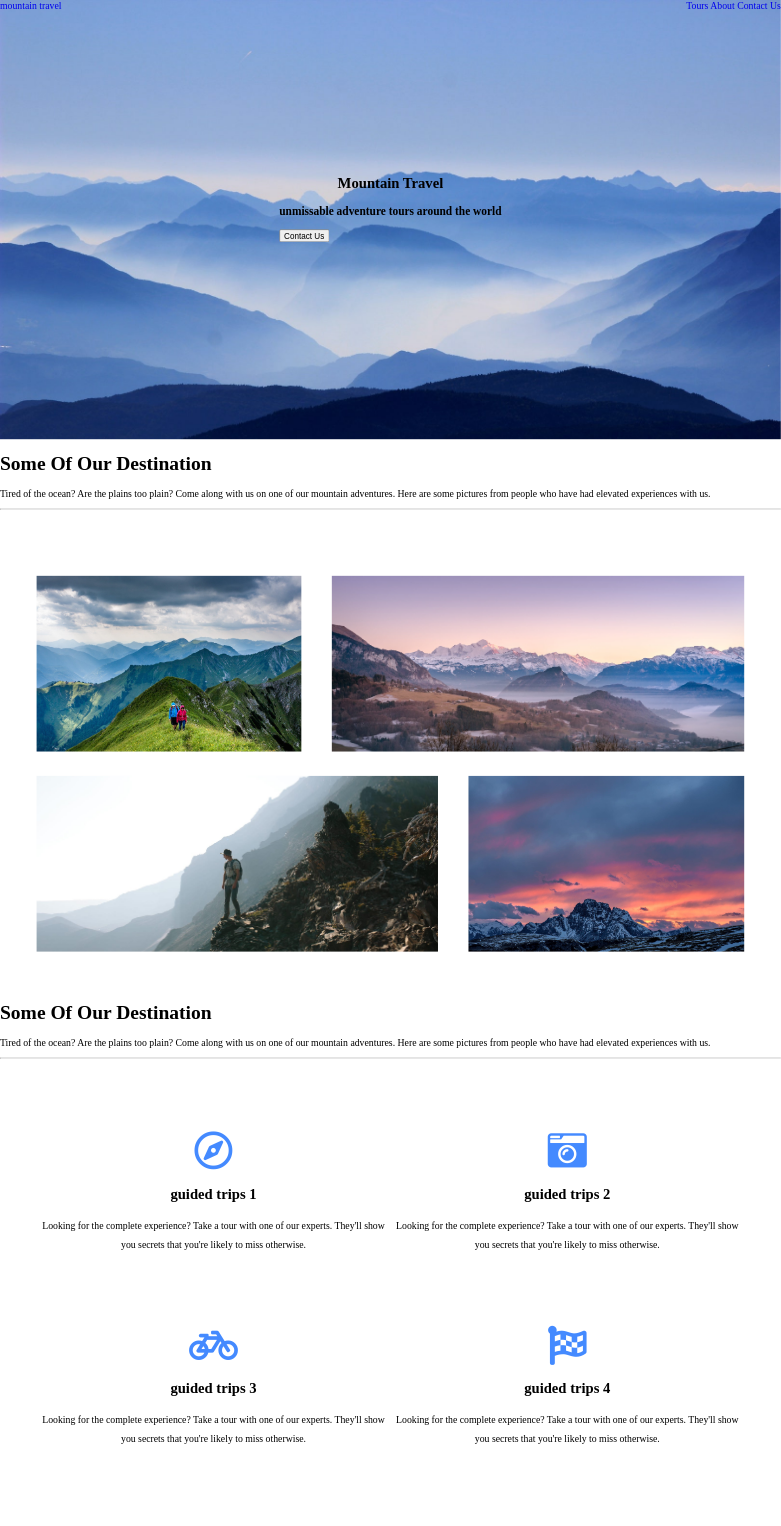
Repository: Einsteiniumeinsteinian/Advanced-CSS
Page: css-project-starter-code/index.html
These files come from the project's save history. The page is drawn as it stood at one moment and after the next save; the edit follows.
The browser window is 1280 px wide. The pictures show the whole page, at 61% of full size.
Some web libraries are served in a nearby version.

Above is the page before, as saved 2021-08-15 20:14:28.

### css-project-starter-code/index.html
<!DOCTYPE html>
<html>

<head>
  <meta charset="utf-8">
  <meta name="viewport" content="width=device-width, initial-scale=1">
  <title>Mountain Travel</title>
  <link rel="stylesheet" href="https://use.fontawesome.com/releases/v5.0.7/css/all.css">
  <link href="https://fonts.googleapis.com/css?family=Open+Sans" rel="stylesheet">
  <link href="https://fonts.googleapis.com/css?family=Quicksand" rel="stylesheet">
  <link rel="stylesheet" href="assets/css/styles.css">
</head>

<body>
  <!-- Forked from a template on Tutorialzine: https://tutorialzine.com/2016/06/freebie-landing-page-template-with-flexbox -->
  <header>
    <nav>
      <a href="#"> mountain travel</a>
      <span class="nav-span">
        <a href="#"> Tours</a>
        <a href="#"> About</a>
        <a href="#"> Contact Us</a>
      </span>
    </nav>
    <div class="top-container">
      <div class="header-text-wrapping">
        <h2>Mountain Travel</h2>
        <h3>unmissable adventure tours around the world</h3>
        <button>Contact Us</button>
      </div>

    </div>
  </header>
  <div>
    <h1>
      Some Of Our Destination
    </h1>
    <p>
      Tired of the ocean? Are the plains too plain? Come along with us on one of our mountain adventures. Here are some
      pictures from people who have had elevated experiences with us.
    </p>
    <hr>
  </div>

  <section class="photo-section">
    <div class="photo-set-div">
      <img class="img" src="assets/img/mountain1.jpg" alt="">
      <img class="img img-2" src="assets/img/mountain2.jpg" alt="">
    </div>
    <div class="photo-set-div">
      <img class="img img-3" src="assets/img/mountain3.jpg" alt="">
      <img class="img" src="assets/img/mountain4.jpg" alt="">
    </div>
  </section>

  <div>
    <h1>
      Some Of Our Destination
    </h1>
    <p>
      Tired of the ocean? Are the plains too plain? Come along with us on one of our mountain adventures. Here are some
      pictures from people who have had elevated experiences with us.
    </p>
    <hr>
  </div>

  <!--* Packkage Section -->
  <section class="package-section">
    <div class="package-set">
      <div class="package">
<i class="far fa-compass"></i>
        <h1>
          guided trips 1
        </h1>
        <p>Looking for the complete experience? Take a tour with one of our experts. They'll show you secrets that you're likely to
        miss otherwise.</p>
      </div>
        <div class="package">
          <i class="fas fa-camera-retro"></i>
          <h1>
            guided trips 2
          </h1>
          <p>Looking for the complete experience? Take a tour with one of our experts. They'll show you secrets that you're
            likely to
            miss otherwise.</p>
        </div>
    </div>
      <div class="package-set">
        <div class="package">
          <i class="fas fa-bicycle"></i>
          <h1>
            guided trips 3
          </h1>
          <p>Looking for the complete experience? Take a tour with one of our experts. They'll show you secrets that you're
            likely to
            miss otherwise.</p>
        </div>
          <div class="package">
            <i class="fas fa-flag-checkered"></i>
            <h1>
              guided trips 4
            </h1>
            <p>Looking for the complete experience? Take a tour with one of our experts. They'll show you secrets that you're
              likely to
              miss otherwise.</p>
          </div>
      </div>
  </section>
</body>

</html>

### css-project-starter-code/assets/css/styles.css
body{
    margin: 0;
    /* font-family: ; */
}
header{
  /* display: flex; */
  background-image: url('../img/main.jpg');
  background-repeat: no-repeat;
background-size: cover;
    min-height: 100vh;
}
nav{
    display: flex;
    justify-content: space-between;
    min-height: 30vh;
}
.top-container{
    margin-top: 10vh;
    display: flex;
    flex-direction: column;
    justify-content: center;
    align-items: center;
}
h2{
    margin-top: 0;
   text-align: center;
}
a{
    text-decoration: none;
}

/** Photo Section */
.photo-section{
    padding: 60px;
    display: flex;
    flex-direction: column;
}
.photo-set-div{
    margin-top: 40px;
    flex-grow: 1;
    display: flex;
    height: 40vh;
    flex-basis: 100px;
}

.img{
    min-width: 0;
flex-basis: 400px;
flex-grow: 1;
  object-fit: cover;
}
.img-2{
    margin-left: 50px;
    flex-grow: 8;
}
.img-3{
    margin-right: 50px;
    flex-grow: 5;
}

/** Packages */
.package-section{
    padding: 60px;
}
.package-set{
    display: flex;
}
.package{
    text-align: center;
    line-height: 2em;
    margin-top: 50px;
    margin-bottom: 50px;
}
.package > h1{
    color: ;
}
i{
    font-size: 4em;
    color: #448AFF;
}

After the next save:
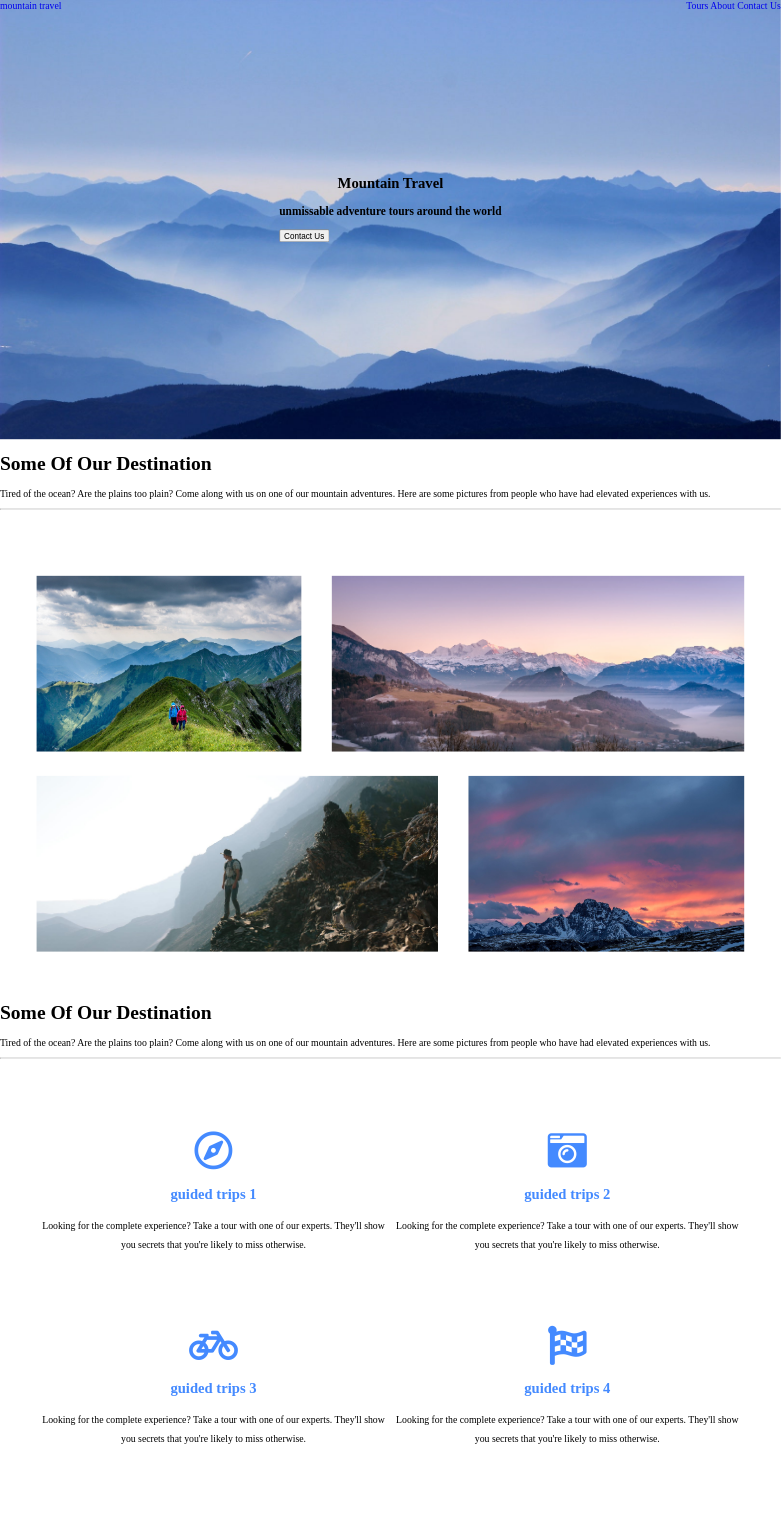
Saved 5 s later.
--- a/css-project-starter-code/assets/css/styles.css
+++ b/css-project-starter-code/assets/css/styles.css
@@ -72,7 +72,7 @@
     margin-bottom: 50px;
 }
 .package > h1{
-    color: ;
+    color: #448AFF;
 }
 i{
     font-size: 4em;

After the save that followed:
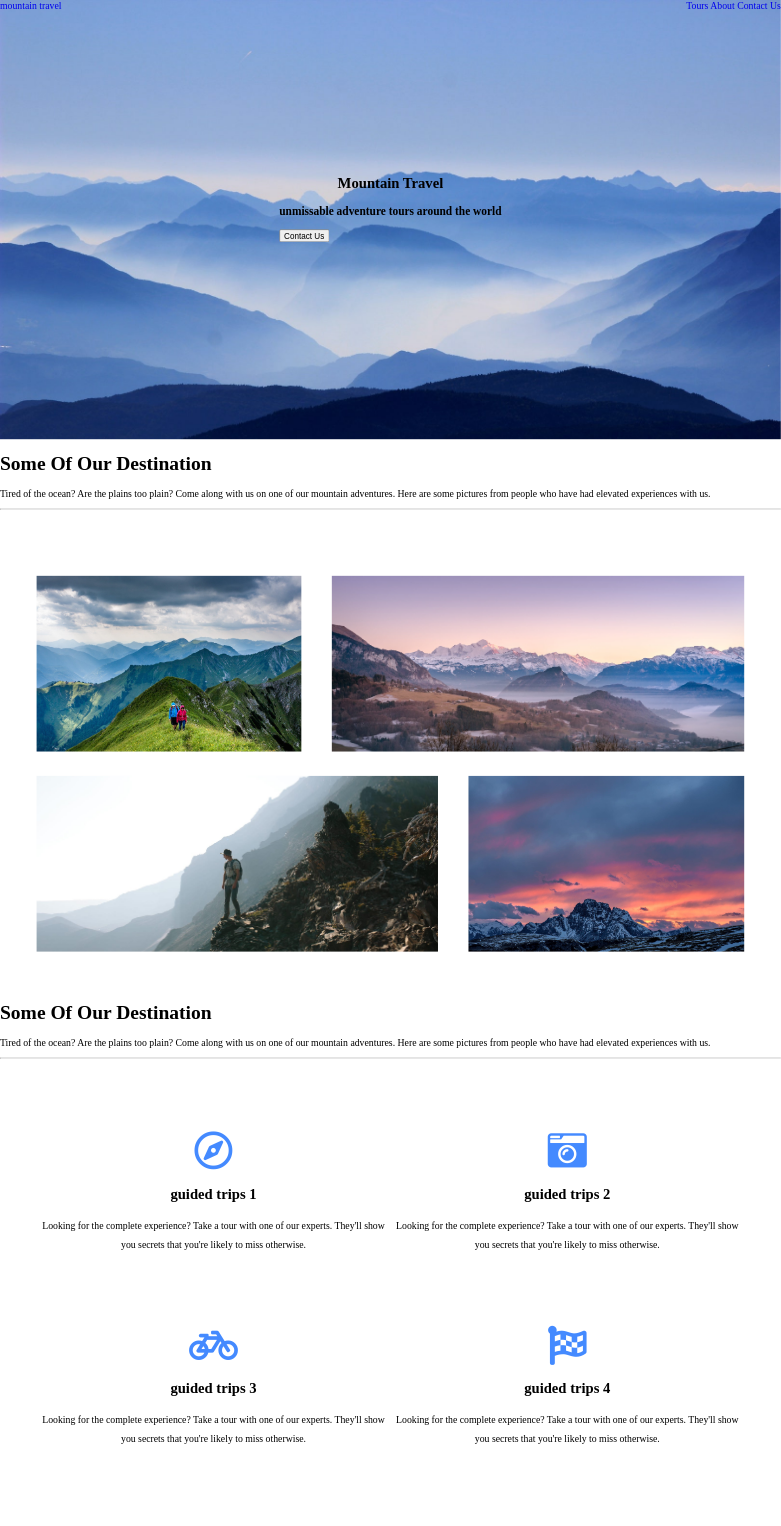
Saved 19 s later.
--- a/css-project-starter-code/assets/css/styles.css
+++ b/css-project-starter-code/assets/css/styles.css
@@ -72,7 +72,7 @@
     margin-bottom: 50px;
 }
 .package > h1{
-    color: #448AFF;
+
 }
 i{
     font-size: 4em;
